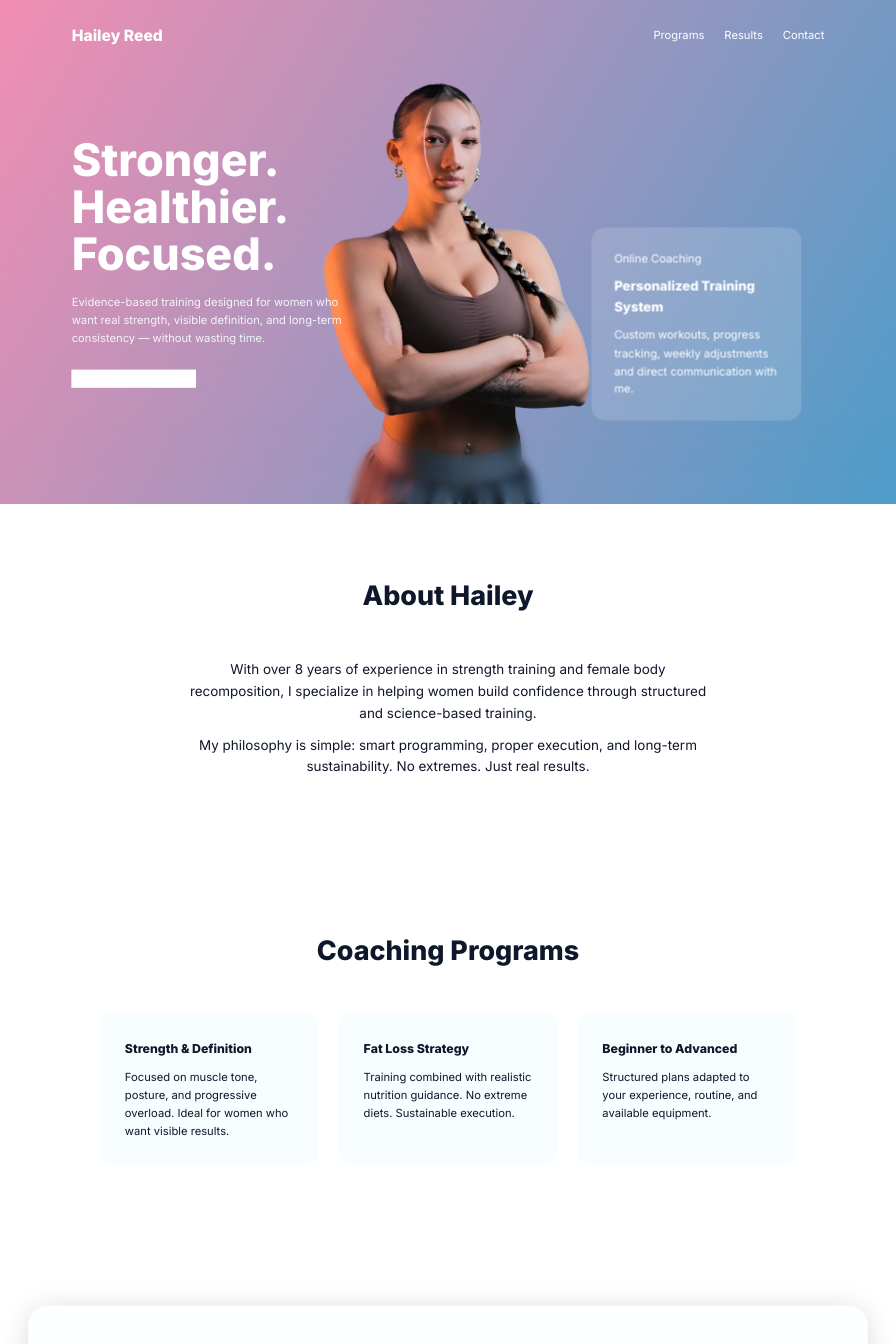
Repository: davidfsillva/Hailey-Reed-Coaching
Page: index.html
The author's editor kept a copy of each file at every save. The page is drawn from the files as they stood at one save, then again after the next save.
The browser window is 1280 px wide. The pictures show the part of the page from y = 0 to 1920 px (the page is 5221 px tall), at 70% of full size.

Above is the page before, as saved 2026-02-12 09:38:08.

After the next save:
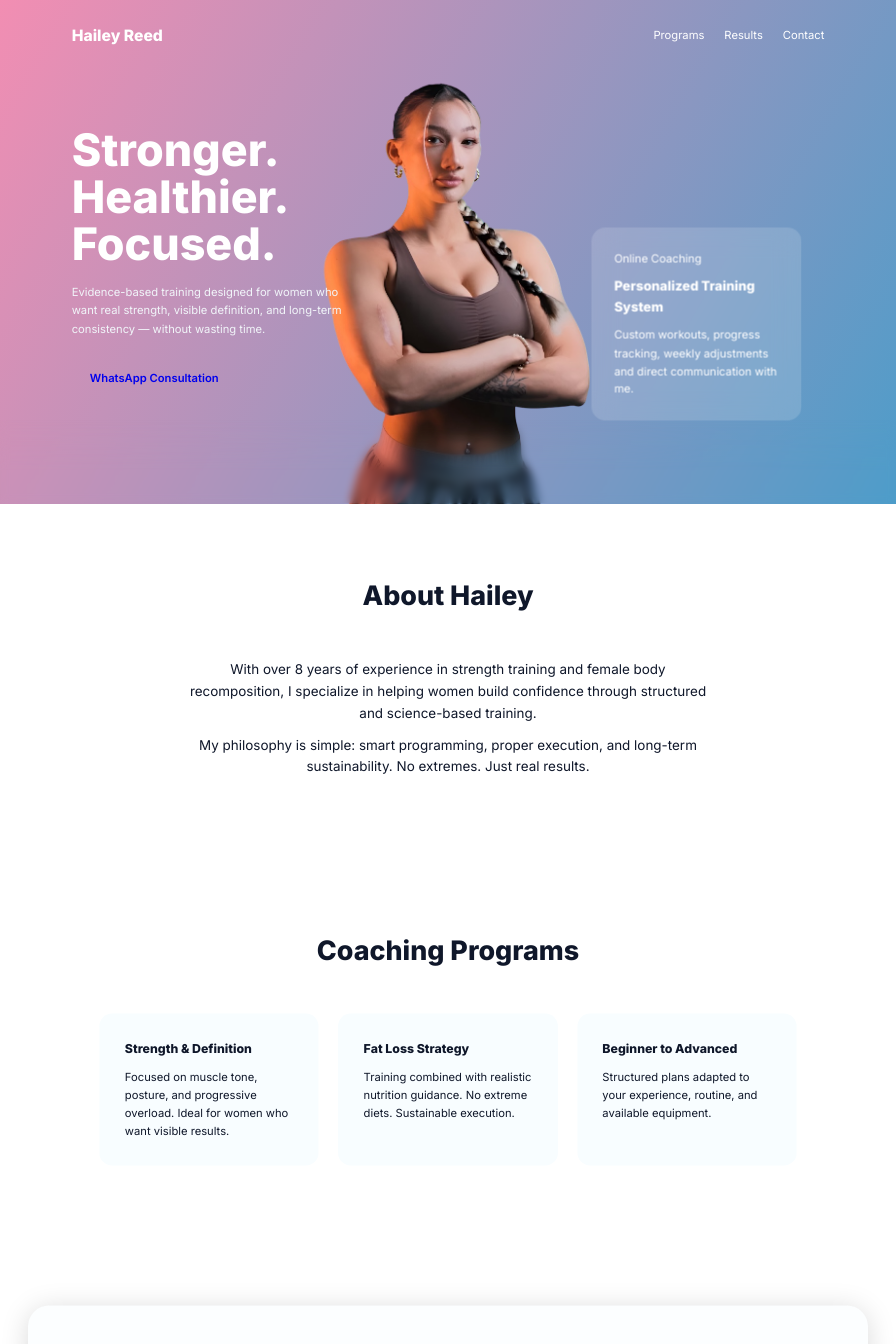
Saved 29 s later.
--- a/style.css
+++ b/style.css
@@ -113,10 +113,12 @@ body {
 }
 
 .whatsapp-btn {
-  background: #ffffff;
-  color: var(--light);
-  background-size: 200% 200%;
-  transition: all 0.4s ease;
+  padding: 14px 26px;
+  border-radius: 999px;
+  font-weight: 600;
+  text-decoration: none;
+  transition: 0.3s ease;
+  display: inline-block;
 }
 
 .btn.primary {
